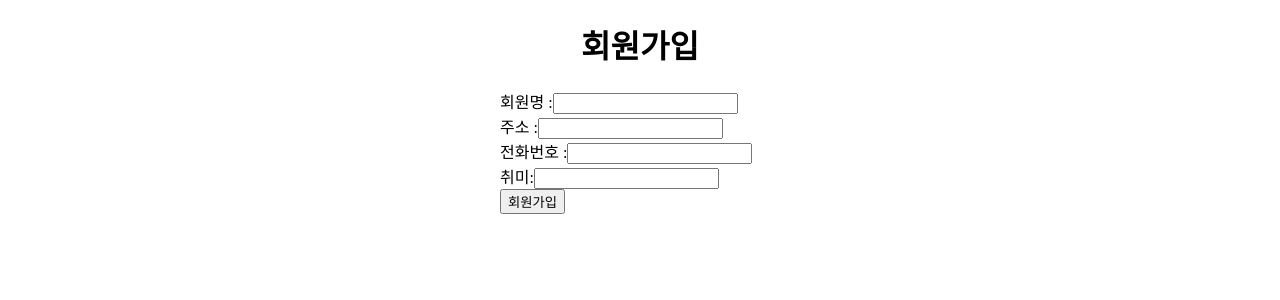
Repository: ssookkdduugg/jsp
Page: http://localhost/Hello/memReg.jsp
The author's editor kept a copy of each file at every save. The page is drawn from the files as they stood at one save, then again after the next save.
The browser window is 1280 px wide. The pictures show the whole page.
The page is served by Tomcat 9. Other server files are loaded and not shown.

Above is the page before, as saved 2023-09-19 05:35:47.

### Hello/src/main/webapp/memReg.jsp
<%@ page language="java" contentType="text/html; charset=UTF-8"
    pageEncoding="UTF-8"%>
<!DOCTYPE html>
<html>
<head>
<meta charset="UTF-8">
<title>Insert title here</title>
<style type="text/css">
		body{margin: auto;}
		div{
		width: 280px;
		margin: auto;
		}
		h1{
		text-align: center;
		}
</style>
</head>
<body>
<div>
	<h1>회원가입</h1>
	<form action="./login2" method="post">
	<tr><th>회원명 :</th><td><input type="text" name="name"></td></tr><br>
	<tr><th>주소 :</th><td><input type="text" name="addr"></td></tr><br>
	<tr><th>전화번호 :</th><td><input type="text" name="num"></td></tr><br>
	<tr><th>취미:</th><td><input type="text" name="hobby"></td></tr><br>
	<tr><td></td><td><input type="submit" value="회원가입"></td></tr>
</table>
</form>
</div>
</body>
</html>

After the next save:
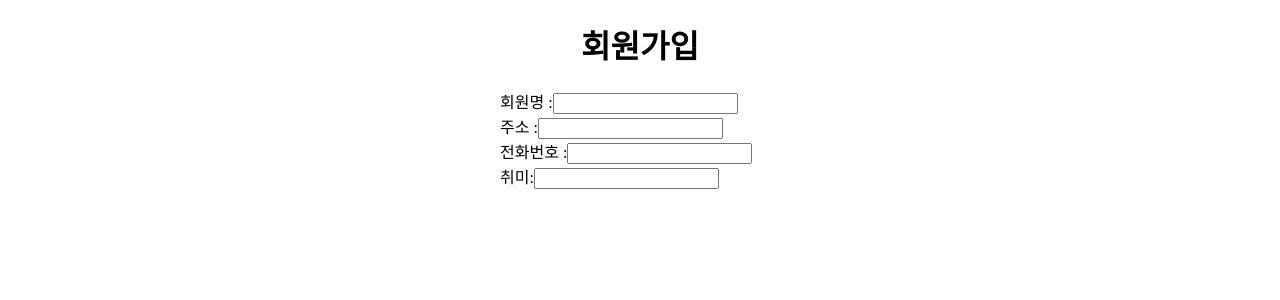
Saved 45 s later.
--- a/Hello/src/main/webapp/memReg.jsp
+++ b/Hello/src/main/webapp/memReg.jsp
@@ -24,7 +24,7 @@
 	<tr><th>주소 :</th><td><input type="text" name="addr"></td></tr><br>
 	<tr><th>전화번호 :</th><td><input type="text" name="num"></td></tr><br>
 	<tr><th>취미:</th><td><input type="text" name="hobby"></td></tr><br>
-	<tr><td></td><td><input type="submit" value="회원가입"></td></tr>
+
 </table>
 </form>
 </div>
